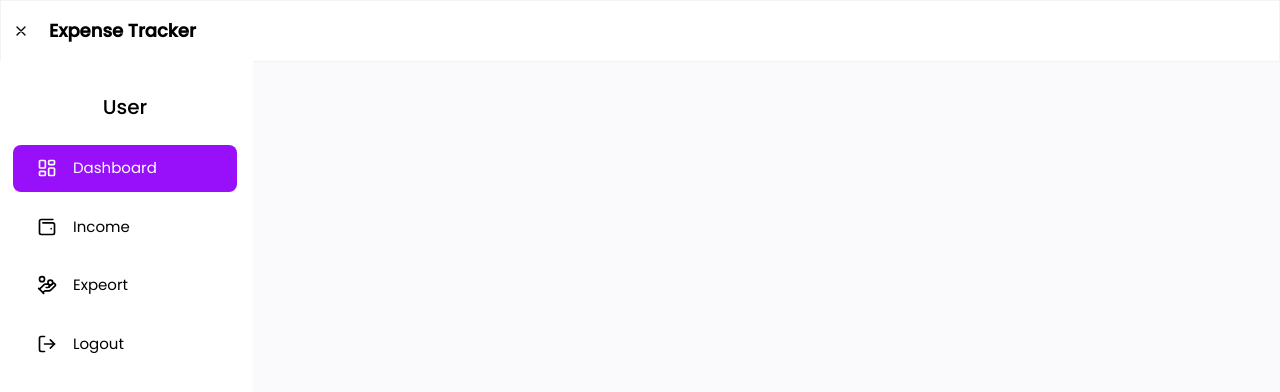
Repository: SnehPatel03/expense-tracker
Page: /Home (app in Frontend/expenseTracker/)
An editor plug-in stored every save of this project. The page is shown before and after a run of saves, followed by the edit.
The browser window is 1280 px wide. The pictures show the whole page.
The project was rebuilt for these pictures with package versions that can differ from the ones it lists, and the page was loaded fresh each time. Also part of the build but not shown: Frontend/expenseTracker/vite.config.js, Frontend/expenseTracker/src/components/TransactionInfoCard.jsx, Frontend/expenseTracker/src/components/RecentTransactions.jsx. Imported but missing from the stored project, and not drawn on this page: Frontend/expenseTracker/src/Charts/CustomPieChart.

Above is the page before, as saved 2025-07-13 01:14:38.

### Frontend/expenseTracker/index.html
<!doctype html>
<html lang="en">

<head>
  <meta charset="UTF-8" />
  <link rel="icon" type="image/svg+xml" href="/vite.svg" />
  <meta name="viewport" content="width=device-width, initial-scale=1.0" />
  <title>ExpenseTracker</title>
  <link rel="preconnect" href="https://fonts.googleapis.com">
  <link rel="preconnect" href="https://fonts.gstatic.com" crossorigin>
 <link rel="preconnect" href="https://fonts.googleapis.com">
<link rel="preconnect" href="https://fonts.gstatic.com" crossorigin>
<link href="https://fonts.googleapis.com/css2?family=Bricolage+Grotesque:opsz,wght@12..96,200..800&family=Dosis:wght@200..800&family=Montserrat:ital,wght@0,100..900;1,100..900&family=Oswald:wght@200..700&family=Poppins:wght@400;500&family=Quicksand:wght@300..700&family=Roboto:ital,wght@0,100..900;1,100..900&display=swap" rel="stylesheet">
</head>

<body>
  <div id="root"></div>
  <script type="module" src="/src/main.jsx"></script>
</body>

</html>

### Frontend/expenseTracker/src/index.css
@import "tailwindcss";

body {
  font-family: "Poppins", sans-serif;
  font-weight: 400;
  font-style: normal;
  background-color: #fafafc;
}

.poppins-medium {
  font-family: "Poppins", sans-serif;
  font-weight: 500;
  font-style: normal;
}
.login {
  background-image: url("/undraw_finance_m6vw.svg");
  background-size: 40vw;
  background-position: center;
  background-repeat: no-repeat;
}
.signin1 {
  background-image: url(/signin2.svg);
  background-size: 30vw;
  background-position: 150px;
  background-repeat: no-repeat;
}

### Frontend/expenseTracker/src/App.jsx
import { useState } from 'react'
import './App.css'
import { Routes, Route, Navigate } from "react-router-dom"
import SignUp from './pages/SignUp'
import Login from './pages/Login'
import Expense from './pages/Expense'
import Income from './pages/Income'
import Home from './pages/Home'
import UserProvider from './Contexts/UserContext'
function App() {

  return (
    <UserProvider>
    <>
      <Routes>
        <Route path='/' element={<Root/>  } />
        <Route path='/Home' element={<Home/>  } />
        <Route path='/signin' element={<SignUp/>} />
        <Route path='/login' element={<Login/>} />
        <Route path='/expense' element={<Expense/>} />
        <Route path='/income' element={<Income/>} />
      </Routes>
    </>
    </UserProvider>
  )
}

export default App

const Root = () => {
  const isAuthenticate = localStorage.getItem("jwt")
  return isAuthenticate ?
    ( <Navigate to="/Home" />) :  ( <Navigate to="/login" />)
}

### Frontend/expenseTracker/src/pages/Home.jsx
import React, { useEffect, useState } from 'react';
import DashboardLayout from '../Layouts/DashboardLayout';
import axios from 'axios';
import Card from '../components/Card';
import { BsCreditCardFill } from "react-icons/bs";
import { RiWallet3Fill } from "react-icons/ri";
import { GrMoney } from "react-icons/gr";
import { useNavigate } from 'react-router-dom';
import FinanceOverview from '../components/FinanceOverView';
import RecentTransactions from '../components/RecentTransactions';
import FinanceOverView from '../components/FinanceOverView';


function Home() {
  const [dashboardData, setDashboardData] = useState(null);
  const [loading, setLoading] = useState(false);
  const navigateTo = useNavigate()

  const fetchDashboardData = async () => {
    if (loading) return;
    setLoading(true);
    try {
      const data = await axios.get("http://localhost:3000/", {
        withCredentials: true,
      });
      if (data.data) {
        setDashboardData(data.data);
      }
    } catch (error) {
      console.log(error);
      console.log("Something went wrong in fetch of dashboard");
    } finally {
      setLoading(false);
    }
  };

  useEffect(() => {
    fetchDashboardData();
  }, []);

  return (
    <DashboardLayout activeMenu="Dashboard" >
      <div className='flex'>
        <div className="p-2  grid grid-cols-1 sm:grid-cols-2 md:grid-cols-3 gap-10">
          <Card
            label="Balance"
            value={dashboardData?.totalBalance || 0}
            icon={BsCreditCardFill}
            color="purple"
          />
          <Card
            label="Income"
            value={dashboardData?.totalIncome || 0}
            icon={RiWallet3Fill}
            color="orange"
          />
          <Card
            label="Expense"
            value={dashboardData?.totalExpense || 0}
            icon={GrMoney}
            color="red"
          />
        </div>
        <div>
        </div>
      </div>
      <div className='flex flex-col md:flex-row md:justify-between'>
        <RecentTransactions
          transactions={dashboardData?.recentTransactions}
          onseeMore={
            () => navigateTo("/expense")
          }
        />
        <FinanceOverView
          totalBalance={dashboardData?.totalBalance || 0}
          totalIncome={dashboardData?.totalIncome || 0}
          totalExpense={dashboardData?.totalExpense || 0}
        />
      </div>
      {/* <ExpenseTransactios
        transactions={dashboardData?.last30DaysExpense.transactions}
        onseeMore={
          () => navigateTo("/expense")
        }
      /> */}

    </DashboardLayout>
  );
}

export default Home;

### Frontend/expenseTracker/src/Contexts/UserContext.jsx
import React, { createContext, useState } from 'react';

export const UserContext = createContext();

const UserProvider = ({ children }) => {
  const [user, setUser] = useState(() => {
    const storedUser = localStorage.getItem("user");
    return storedUser ? JSON.parse(storedUser) : null;
  });

  const updateUser = (userData) => {
    localStorage.setItem("user", JSON.stringify(userData));
    setUser(userData);
  };

  const clearUser = () => {
    localStorage.removeItem("user");
    localStorage.removeItem("jwt");
    setUser(null);
  };

  return (
    <UserContext.Provider value={{ user, updateUser, clearUser }}>
      {children}
    </UserContext.Provider>
  );
};

export default UserProvider;

### Frontend/expenseTracker/src/Layouts/DashboardLayout.jsx
import React, { useContext } from 'react';
import { UserContext } from '../Contexts/UserContext';
import SideMenu from './SideMenu';
import Navbar from './Navbar';

function DashboardLayout({ children, activeMenu }) {
  const { user } = useContext(UserContext);

  return (
    <div className="min-h-screen">
      <Navbar activeMenu={activeMenu} />
      {user && (
        <div className="flex min-w-[calc(100vh-55px)] sm:ml-64">

          <div className="flex-1 p-5 overflow-y-auto bg-gray-00 ">
            {children}
          </div>
        </div>
      )}
    </div>
  );
}

export default DashboardLayout;

### Frontend/expenseTracker/src/Layouts/SideMenu.jsx
import React, { useContext } from 'react';
import { SIDE_MENU_DATA } from '../data';
import { useNavigate } from 'react-router-dom';
import { UserContext } from '../Contexts/UserContext';

function SideMenu({ activeMenu }) {
  const { user, clearUser } = useContext(UserContext);
  const navigateTo = useNavigate();

  const handleLogOut = () => {
    localStorage.clear();
    clearUser();
    navigateTo("/login");
  };

  const handleClick = (route) => {

    if (route === "/logout") {
      handleLogOut();
    } else {
      navigateTo(route);
    }
  };

  return (
    <div className='w-64 h-[calc(100vh-61px)] bg-white border-grey-200/50 flex flex-col items-center py-4'>

      {user?.profile && (
        <img
          src={`http://localhost:3000${user?.profile}`}
          alt="Profile"
          className="w-30 h-30 rounded-full object-cover border border-gray-300 shadow-md"
        />
      )}
      <h5 className='font-medium mt-4 capitalize text-xl'>{user?.fullname || "User"}</h5>

      <div className='w-full px-4 mt-6'>
        {SIDE_MENU_DATA.map((item, idx) => (
          <button
            key={`menu_${idx}`}
            className={`w-full flex items-center gap-4 text-[15px] ${activeMenu === item.label
                ? "text-white bg-purple-600"
                : "bg-white text-black"
              } py-3 px-6 rounded-lg mb-3`}
            onClick={() => handleClick(item.path)}
          >
            <item.Icon className='text-xl font-bold' />
            {item.label}
          </button>
        ))}
      </div>
    </div>
  );
}

export default SideMenu;

### Frontend/expenseTracker/src/Layouts/Navbar.jsx
import React, { useState } from 'react'
import { HiOutlineMenu, HiOutlineX } from "react-icons/hi"
import SideMenu from './SideMenu'
function Navbar({ activeMenu }) {
    const [openSideMenu, setOpenSideMenu] = useState(true)
    return (
        <div className='px-3 py-4  flex gap-5 bg-white border border-b  border-gray-200/50'>
            <button
                className='block  text-black'
                onClick={() => setOpenSideMenu(!openSideMenu)}>
                {(openSideMenu ? (<HiOutlineX />) : (<HiOutlineMenu />))}
            </button>
            <h2 className='text-lg font-semibold text-black '> Expense Tracker</h2>

            {openSideMenu && (
                <div className='fixed top-[61px] -ml-4 bg-red-white '>
                        <SideMenu activeMenu={activeMenu}/>
                </div>
            )}

        </div>
    )
}

export default Navbar

### Frontend/expenseTracker/src/data.js
import {
    LuLayoutDashboard,LuHandCoins,LuWalletMinimal,LuLogOut
} from "react-icons/lu"

export const SIDE_MENU_DATA = [
{
    id:"01",
    label:"Dashboard",
    Icon:LuLayoutDashboard,
    path:"/dashboard"
},
{
    id:"02",
    label:"Income",
    Icon:LuWalletMinimal,
    path:"/income"
},
{
    id:"03",
    label:"Expeort",
    Icon:LuHandCoins,
    path:"/export"
},
{
    id:"04",
    label:"Logout",
    Icon:LuLogOut,
    path:"/logout"
},
]

### Frontend/expenseTracker/src/components/FinanceOverView.jsx
import React from 'react'
import CustomPieChar from '../Charts/CustomPieChart'

const COLORS =["#875CF5" , "#F12C37" ,"#FF6900"]

function FinanceOverview({
    totalBalance,
    totalIncome,
    totalExpense,
})
{
    const balanceData = [
        {name:"Total Balance",amount:totalBalance},
        {name:"Total Income",amount:totalIncome},
        {name:"Total Expense",amount:totalExpense}
    ]
  return (
    <div className='w-[88vw] sm:w-[36vw]  bg-white rounded-xl shadow-md p-4 ml-2 mt-4 flex flex-col justify-center'>
        <div className='flex justify-center items-center'>
            <h4 className='text-lg font-semibold text-gray-800'> Finance Overview</h4>
        </div>
        <CustomPieChar
        data={balanceData}
        label={`Total Balance : ${totalBalance}`}
        totalAmount={`$${totalBalance}`}
        colors={COLORS}
        showTextAnchor
        />
    </div>
  )
}

export default FinanceOverview

### Frontend/expenseTracker/src/pages/SignUp.jsx
import React, { useContext, useEffect, useState } from 'react';
import { Link, useNavigate } from 'react-router-dom';
import ProfilePhotoSelector from '../inputs/ProfilePhotoSelector';
import axios from 'axios';
import { UserContext } from '../Contexts/UserContext';

function SignUp() {
  const [fullname, setfullname] = useState("");
  const [email, setemail] = useState("");
  const [profile, setprofile] = useState(null);
  const [password, setpassword] = useState("");
  const [error, seterror] = useState(null);
  const navigateTo = useNavigate();

  const { user, updateUser } = useContext(UserContext);


  useEffect(() => {
    if (user) {
      console.log("Updated user from context:", user);
    }
  }, [user]);

  const signinHandle = async (e) => {
    localStorage.clear();
    e.preventDefault();
    try {
      const data = await axios.post("http://localhost:3000/signin", {
        fullname,
        email,
        password,
        profile
      }, {
        withCredentials: true,
        headers: {
          "Content-Type": "multipart/form-data"
        }
      });

      alert(data.data.message || "User registration Successful");

      updateUser(data.data.newUser); // This triggers the useEffect above

      localStorage.setItem("jwt", data.data.token);

      setfullname("");
      setpassword("");
      setemail("");
      setprofile(null);

      navigateTo("/");
    } catch (error) {
      alert(error.response?.data?.message || error.response?.data?.error);
    }
  };



  return (
    <>
      <div className='w-full h-screen flex md:pl-10'>
        <div className='w-full sm:w-[60vw] h-screen py-7 px-4 flex flex-col '>
          <h2 className='font-semibold '>Expense Tracker</h2>
          <div className=' md:h-[65vh] w-full py-5 px-4 flex flex-col gap-2'>
            <h3 className='font-bold text-xl tracking-wide'>Create an Account</h3>
            <h5 className='text-[5vw] font-semibold tracking-wide
         md:text-sm'>Join us today by entering your details below </h5>

            <form onSubmit={signinHandle}
              encType='multipart/form-data'
              className='flex flex-col gap-2 mt-3 '>
              <ProfilePhotoSelector profile={profile} setprofile={setprofile} />
              <div className='flex gap-3'>
                <div className='w-[50%] flex flex-col gap-2'> <h4 className='text-md font-medium'>Full Name</h4>
                  <input
                    placeholder='Enter a Full Name Here'
                    type="text"
                    value={fullname}
                    onChange={(e) => setfullname(e.target.value)}
                    className='w-full h-9 border-1 rounded-md py-1 px-2 text-sm md:w-[20vw]' /></div>
                <div className='w-[50%] flex flex-col gap-2'>
                  <h4 className='text-md font-medium'>Email Address</h4>
                  <input
                    placeholder='example@gmail.com'
                    type="email"
                    value={email}
                    onChange={(e) => setemail(e.target.value)}
                    className='w-full h-9 border-1 rounded-md py-1 px-2 text-sm md:w-[20vw]' />
                </div>
              </div>
              <h4 className='text-md font-medium'>Password</h4>
              <input type="password"
                placeholder='Min 8 Characters'
                value={password}
                onChange={(e) => setpassword(e.target.value)}
                className='w-full h-9 border-1 rounded-md py-1 px-2 text-sm md:w-[41vw]' />
              <button className=' bg-[#613AB7] hover:bg-[#38116D] duration-500 py-2 mt-7 rounded-lg text-white font-bold tracking-[3px]  md:w-[41vw]'>
                SIGN UP
              </button>
              <h4 className='text-sm font-medium mt-5'>
                Already have an Account?
              </h4>
              <Link to='/login' className='text-sm font-bold tracking-wider hover:text-[#47366b] duration-500'
              >Login</Link>
            </form>
          </div>
        </div>
        <div className='signin1 lg:w-[80vw] h-screen'>


        </div>
      </div>

    </>
  )
}

export default SignUp

### Frontend/expenseTracker/src/pages/Login.jsx
import React, { useContext, useEffect, useState } from 'react'
import { Link, Navigate, useNavigate } from 'react-router-dom'
import axios from 'axios'
import UserProvider, { UserContext } from '../Contexts/UserContext'




function Login() {
  const [email, setemail] = useState("")
  const [password, setpassword] = useState("")
  const navigateTo = useNavigate()
  //comtext
  const { user,updateUser } = useContext(UserContext)

    useEffect(() => {
      if (user) {
        console.log("Updated user from context:", user);
      }
    }, [user]);


  const loginHandle = async (e) => {
    e.preventDefault()
    try {
      const data = await axios.post("http://localhost:3000/login", {
        email, password
      }, {
        withCredentials: true,
        headers: {
          "Content-Type": "application/json"
        }
      }
      )
      alert(data.data.message || "User Login Successfully ")
      console.log(data)
      localStorage.setItem("jwt", data.data.token)
      updateUser(data.data.user)
      console.log(user)
      setpassword("")
      setemail("")
      navigateTo("/")
    } catch (error) {
      console.log(error)
      alert(error.response.data.message || error.message)

    }
  }

  return (
    <>
      <div className='w-full h-screen flex md:pl-10'>
        <div className='w-full sm:w-[50vw] h-screen py-7 px-4 flex flex-col gap-16 '>
          <h2 className='font-semibold '>Expense Tracker</h2>
          <div className=' md:h-[65vh] w-full py-5 px-4 flex flex-col gap-2'>
            <h3 className='font-bold text-xl tracking-wide'>Welcome Back</h3>
            <h5 className='text-[5vw] font-semibold md:text-sm'>Please Enter Your Details to Log In </h5>

            <form
              onSubmit={loginHandle}
              className='flex flex-col gap-2 mt-10'>
              <h4 className='text-md font-medium'>Email Address</h4>
              <input type="email"
                placeholder='john@123.com'
                value={email}
                onChange={(e) => setemail(e.target.value)}

                className='w-full h-9 border-1 rounded-md py-1 px-2 text-sm md:w-[40vw]' />
              <h4 className='text-md font-medium'>Password</h4>
              <input type="password"
                value={password}
                placeholder='Enter Your Password Here'
                onChange={(e) => setpassword(e.target.value)}
                className='w-full h-9 border-1 rounded-md py-1 px-2 text-sm md:w-[40vw]' />
              <button className=' bg-[#613AB7] hover:bg-[#38116D] duration-500 py-2 mt-7 rounded-lg text-white font-bold tracking-[3px]  md:w-[40vw]'>
                LOGIN
              </button>
              <h4 className='text-sm font-medium mt-5'>
                Don't have an Account?
              </h4>
              <Link to='/signin' className='text-sm font-bold tracking-wider hover:text-[#47366b] duration-500'
              >SignIn</Link>
            </form>
          </div>
        </div>
        <div type="submit" className='login lg:w-[80vw] h-screen'>
        </div>
      </div>

    </>
  )
}

export default Login

### Frontend/expenseTracker/src/pages/Expense.jsx
import React from 'react'

function Expense() {
  return (
    <div>Expense</div>
  )
}

export default Expense

### Frontend/expenseTracker/src/pages/Income.jsx
import React from 'react'

function Income() {
  return (
    <div>Income</div>
  )
}

export default Income

### Frontend/expenseTracker/src/inputs/ProfilePhotoSelector.jsx
import React, { useRef, useState } from 'react';
import { FaUser } from 'react-icons/fa';
import { MdOutlineDelete } from "react-icons/md";

function ProfilePhotoSelector({profile,setprofile}) {
  const [preview, setPreview] = useState(null);
  const fileInputRef = useRef(null);

  const handleCircleClick = () => {
    fileInputRef.current.click();
  };


  const handleImageChange = (e) => {
    const selectedFile = e.target.files[0];
    if (selectedFile && selectedFile.type.startsWith("image/")) {
      setprofile(selectedFile);
      const reader = new FileReader();
      reader.onloadend = () => {
        setPreview(reader.result);
      };
      reader.readAsDataURL(selectedFile);
    } else {
      alert("Please select a valid image");
    }
  };
  const handleUpload = () => {
    if (!file) {
      alert("No file selected");
      return;
    }
    alert("Image uploaded!");

  };


  const handleRemove = () => {
    setprofile(null);
    setPreview(null);
  };

  return (
    <div className="flex flex-col items-center gap-4 p-4">

      <div
        onClick={handleCircleClick}
        className="relative w-32 h-32 rounded-full border-2 border-gray-400 cursor-pointer overflow-hidden flex items-center justify-center bg-gray-100 hover:ring-1 hover:ring-purple-500 transition"
      >
        {preview ? (
          <img src={preview} alt="Profile" className="w-full h-full object-cover" />
        ) : (
          <FaUser className="text-gray-400 text-4xl" />
        )}
      </div>


      <input
        type="file"
        accept="image/*"
        name='profile'
        ref={fileInputRef}
        onChange={handleImageChange}
        className="hidden"
      />
{preview && (
      <div
      className="flex gap-1 absolute top-63 left-95">
        <button
          onClick={handleRemove}
          disabled={!profile}
          className="px-2 py-2 rounded-full bg-white text-black font-bold text-xl border-1 disabled:opacity-50 hover:bg-red-700 hover:text-white duration-400 hover:scale-120 "
        >
       <MdOutlineDelete/>
        </button>
      </div>)}
    </div>
  );
}

export default ProfilePhotoSelector;

### Frontend/expenseTracker/src/components/Card.jsx
import React from 'react'

function Card({ label, icon: Icon, value, color }) {

    const bgColors = {
        purple: "bg-purple-500",
        green: "bg-green-500",
        red: "bg-red-500",
        blue: "bg-blue-500",
        yellow: "bg-yellow-500",
    };
    const bgClass = bgColors[color] || "bg-gray-500";


    return (
        <div className="w-[24vw]">
            <div className="w-full max-w-[320px] h-[100px] rounded-2xl shadow-lg text-white px-5 py-4 flex items-center justify-between gap-5 bg-white    }">

                <div className={`h-14 w-14 flex justify-center items-center rounded-full  ${bgClass}`} >
                    {Icon && <Icon className="text-3xl text-white" />}
                </div>

                <div className="flex flex-col justify-center items-end">
                    <h3 className="font-medium text-base text-black">{label}</h3>
                    <h2 className="font-bold text-2xl mt-1 text-black">${value}</h2>
                </div>
            </div>
        </div >

    );
}

export default Card;

Loaded but not shown: Frontend/expenseTracker/src/main.jsx (common file); Frontend/expenseTracker/src/App.css (no stored copy; drawn as an empty file)

After the next 3 saves:
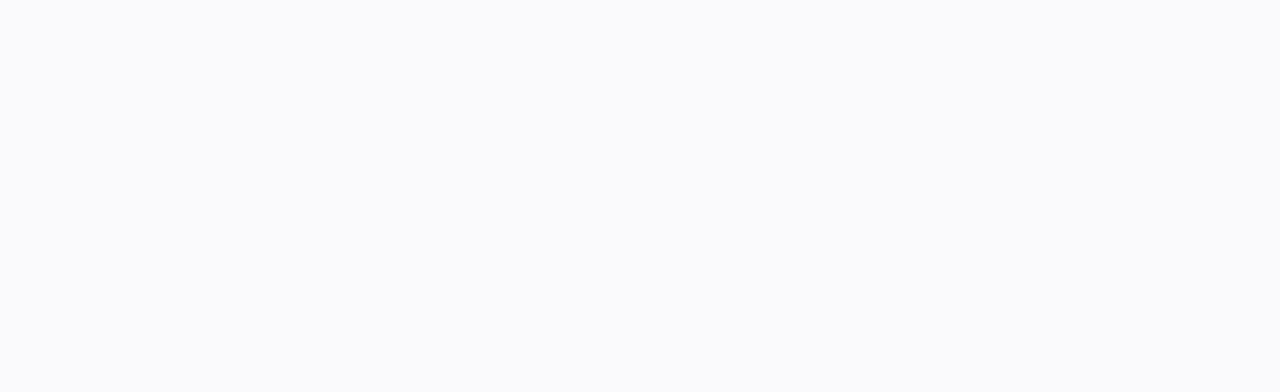
Console error: ReferenceError: Custo is not defined
The 3 saves are shown as one change because 1 did not build or start and some came seconds apart.
The last was saved 57 s later.
--- a/Frontend/expenseTracker/src/components/FinanceOverView.jsx
+++ b/Frontend/expenseTracker/src/components/FinanceOverView.jsx
@@ -1,5 +1,5 @@
 import React from 'react'
-import CustomPieChar from '../Charts/CustomPieChart'
+Custo
 
 const COLORS =["#875CF5" , "#F12C37" ,"#FF6900"]
 

After the 3 saves that followed:
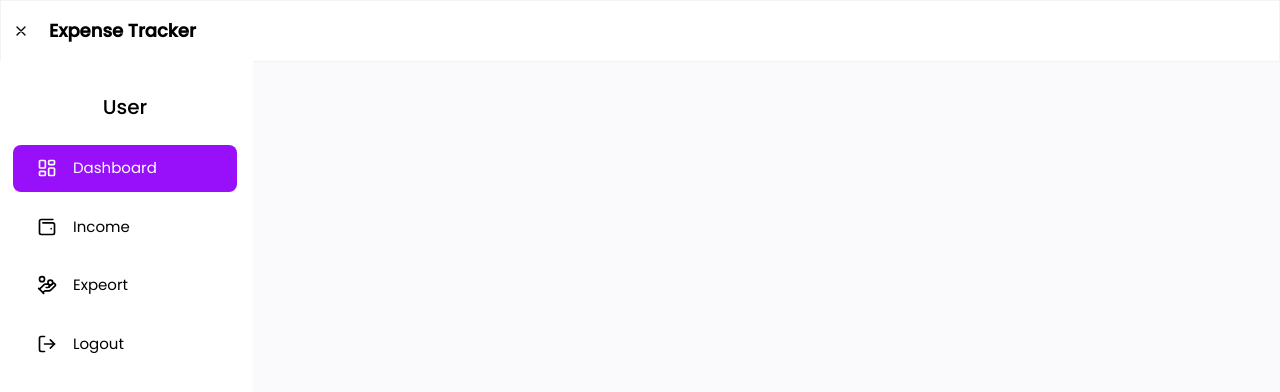
The error is gone.
The 3 saves are shown as one change because they came seconds apart.
The last was saved 27 s later.
--- a/Frontend/expenseTracker/src/components/FinanceOverView.jsx
+++ b/Frontend/expenseTracker/src/components/FinanceOverView.jsx
@@ -1,5 +1,6 @@
 import React from 'react'
-Custo
+import CustomPieChart from '../Charts/CustomPieChart'
+
 
 const COLORS =["#875CF5" , "#F12C37" ,"#FF6900"]
 
